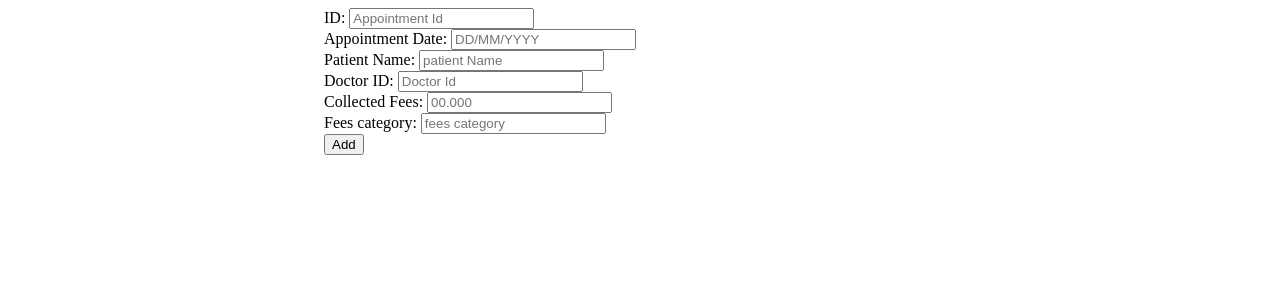
Repository: rameshraj97/Core-java
Page: firstWebsite/src/main/webapp/AddAppointments.html
The author's editor kept a copy of each file at every save. The page is drawn from the files as they stood at one save, then again after the next save.
The browser window is 1280 px wide. The pictures show the whole page.

Above is the page before, as saved 2022-05-24 07:16:35.

After the next save:
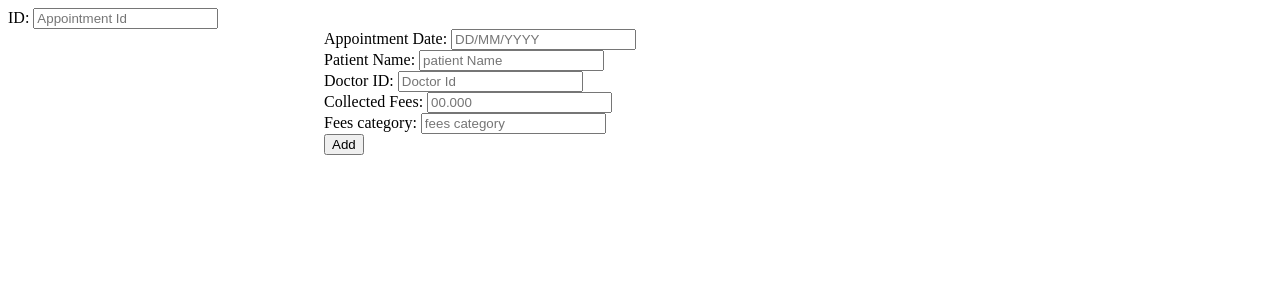
Saved 35 s later.
--- a/firstWebsite/src/main/webapp/AddAppointments.html
+++ b/firstWebsite/src/main/webapp/AddAppointments.html
@@ -5,8 +5,6 @@
 <title>AddAppointment</title>
 </head>
 <body>
-<form action="/firstwebsite/Appointment" method="post">
-        <div style= "width:50%; margin :0 auto">
         ID: <input type='text' name='id' placeholder="Appointment Id">
         </div>
         <div style= "width:50%; margin :0 auto">
